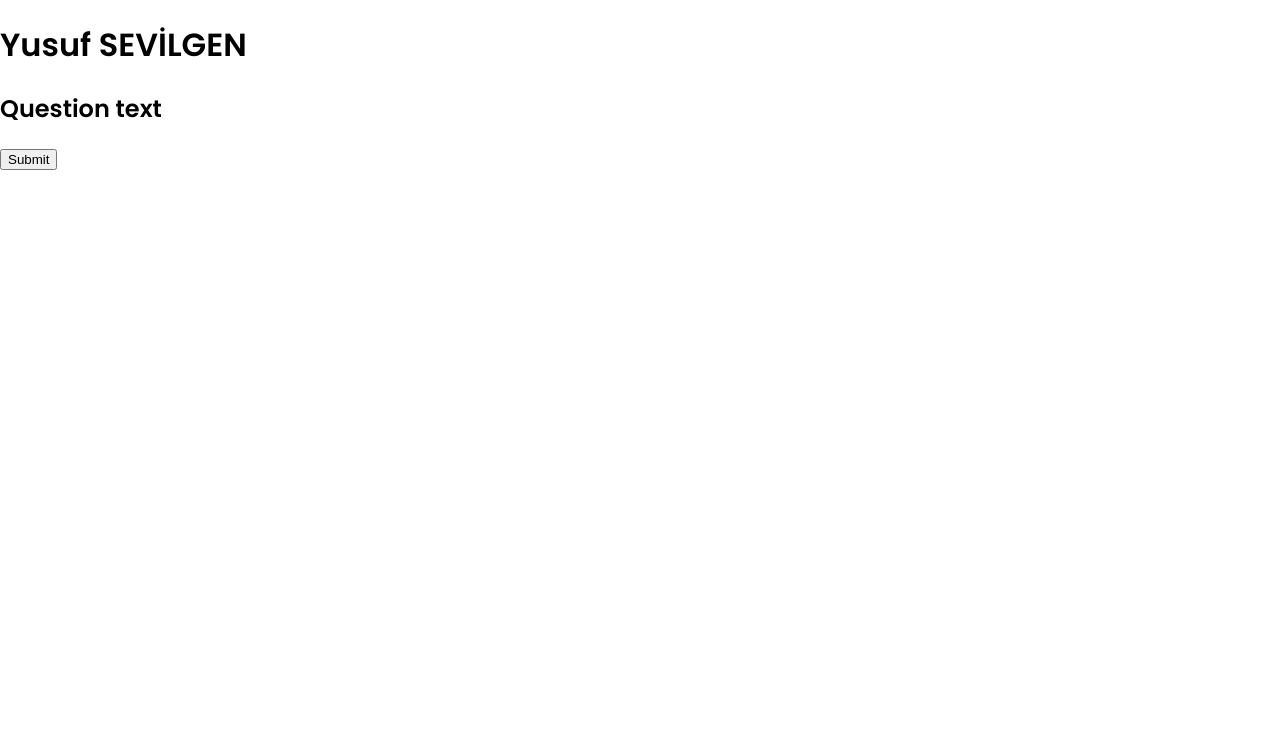
Repository: sevilgenysf/javascript-two
Page: index.html
These files come from the project's save history. The page is drawn as it stood at one moment and after the next save; the edit follows.
The browser window is 1280 px wide. The pictures show the whole page.

Above is the page before, as saved 2022-02-24 15:56:19.
Console error: SyntaxError: Unexpected token '{'

After the next save:
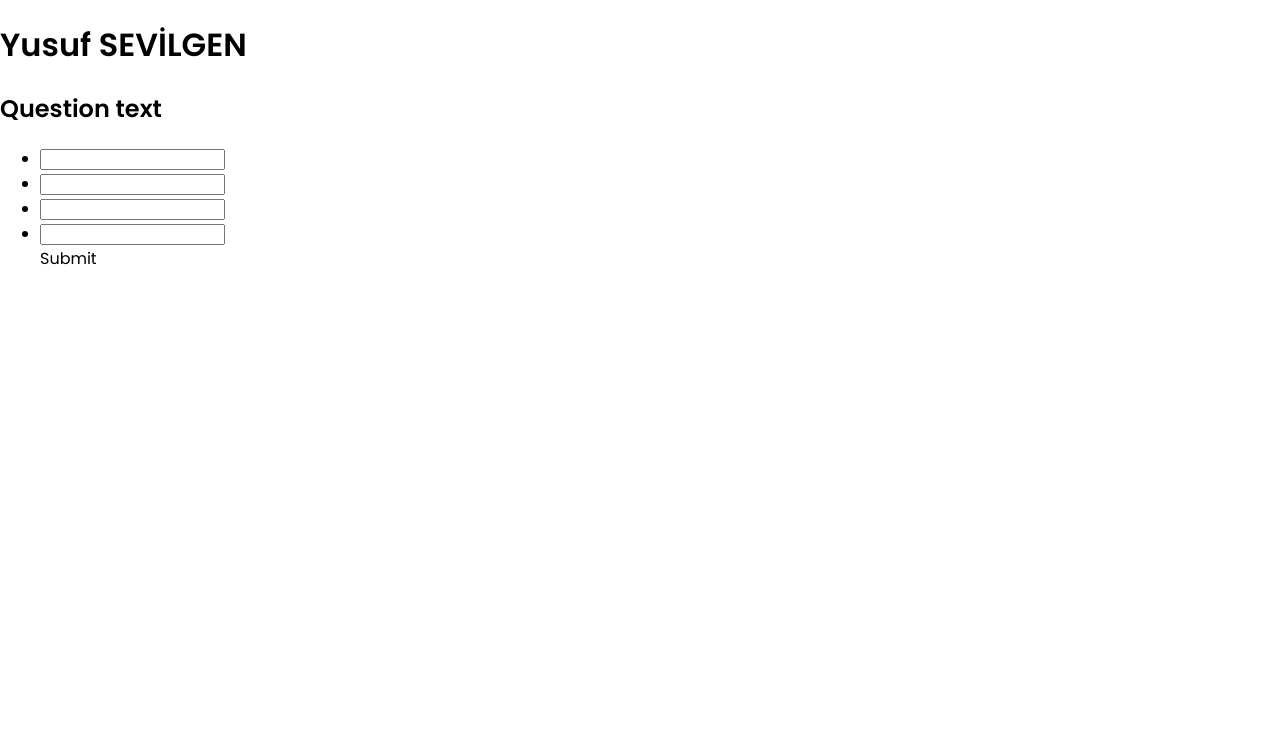
Saved 97 s later.
--- a/index.html
+++ b/index.html
@@ -15,7 +15,12 @@
 		<h1>Yusuf SEVİLGEN</h1>
 		<div class="quiz-container">
 			<h2>Question text</h2>
-			<button>Submit</button>
+			<ul>
+				<li><input type="text"><label></label></li>
+				<li><input type="text"><label></label></li>
+				<li><input type="text"><label></label></li>
+				<li><input type="text"><label></label></li>
+				</ull <button>Submit</button>
 		</div>
 	</div>
 </body>
